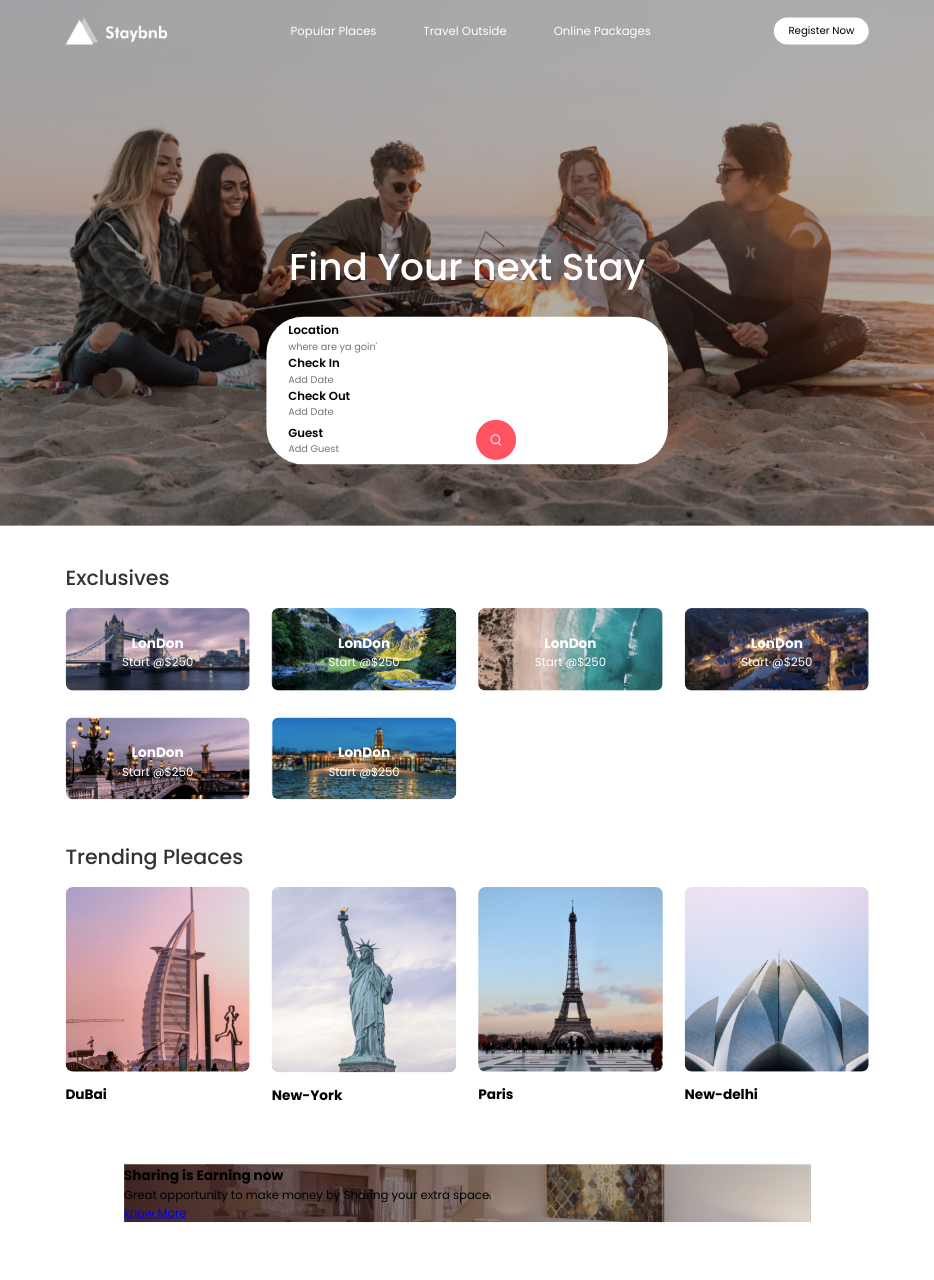
Repository: pinocoding/AirBnB
Page: house.html
An editor plug-in stored every save of this project. The page is shown before and after the next save, followed by the edit.
The browser window is 1280 px wide. The pictures show the whole page, at 73% of full size.

Above is the page before, as saved 2022-01-23 15:43:36.

### house.html
<!DOCTYPE html>
<html lang="en">
<head>
  <meta charset="UTF-8">
  <meta http-equiv="X-UA-Compatible" content="IE=edge">
  <meta name="viewport" content="width=device-width, initial-scale=1.0">
  <link rel="stylesheet" href="./style.css">
  <title>AirBnB</title>
</head>
<body>
  <!-- header -->
  <div class="header">
   <nav>
     <img src="/images/logo.png" class="logo" alt="blem" >
     <ul class="nav-links">
       <li><a href="#">Popular Places</a></li>
       <li><a href="#">Travel Outside</a></li>
       <li><a href="#">Online Packages</a></li>
     </ul>
     <a href="#"class="regiser-btn">Register Now</a>
   </nav>
   <div class="container">
     <h1>
       Find Your next Stay
     </h1>
     <div class="search-bar">
       <form >
         <div class="location-input">
           <label for="">Location</label>
           <input type="text" placeholder="where are ya goin'">
         </div>
         <div>
          <label for="">Check In </label>
          <input type="text" placeholder="Add Date">
        </div>
        <div>
          <label for="">Check Out</label>
          <input type="text" placeholder="Add Date">
        </div>
        <div>
          <label for="">Guest</label>
          <input type="text" placeholder="Add Guest">
        </div>
        <button type="submit">
          <img src="/images/search.png" alt="blem" >
        </button>
       </form>
     </div>


   </div>
   <!-- IMG gallary  -->


<!-- ---------Container------ -->

  </div>
  <div class="container">
    <h2 class="sub-title">Exclusives</h2>
    <div class="exclusives">
   <div>
     <img src="/images/image-1.png" alt="">
     <span>
       <h3>
         LonDon
       </h3>
       <p>
         Start @$250
       </p>
     </span>
   </div>
   <div>
    <img src="/images/image-2.png" alt="">
    <span>
      <h3>
        LonDon
      </h3>
      <p>
        Start @$250
      </p>
    </span>
  </div>
  <div>
    <img src="/images/image-3.png" alt="">
    <span>
      <h3>
        LonDon
      </h3>
      <p>
        Start @$250
      </p>
    </span>
  </div>
  <div>
    <img src="/images/image-4.png" alt="">
    <span>
      <h3>
        LonDon
      </h3>
      <p>
        Start @$250
      </p>
    </span>
  </div>
  <div>
    <img src="/images/image-5.png" alt="">
    <span>
      <h3>
        LonDon
      </h3>
      <p>
        Start @$250
      </p>
    </span>
  </div>
  <div>
    <img src="/images/image-6.png" alt="">
    <span>
      <h3>
        LonDon
      </h3>
      <p>
        Start @$250
      </p>
    </span>
  </div>
    </div>
    <h2 class="sub-title">
      Trending Pleaces
    </h2>
    <div class="trending">
      <div>
        <img src="/images/dubai.png" alt="blem" >
        <h3>DuBai</h3>
      </div>
      <div>
        <img src="/images/new-york.png" alt="blem" >
        <h3>New-York</h3>
      </div>
      <div>
        <img src="/images/paris.png" alt="blem" >
        <h3>Paris</h3>
      </div>
      <div>
        <img src="/images/new-delhi.png" alt="blem" >
        <h3>New-delhi</h3>
      </div>
    </div>
    <div class="cta">
      <h3>Sharing is Earning now</h3>
<p>Great opportunity to make money by Sharing your extra space.</p>
<a href="#" class='cta-btn'>know More </a>
    </div>

<!--  -->

</div>
</body>
<script src="./function.js"></script>
</html>

### style.css
@import url('https://fonts.googleapis.com/css2?family=Poppins:wght@300;400;500;600;700&display=swap');
:root {
  --text-colorWhite : #fff;
  --text-colorBlack : #000;
  --background  : #fff;
}
* {
  margin: 0;
  padding: 0;
  box-sizing: border-box;
  font-family: 'Poppins', sans-serif;
}
.header {
  min-height: 100vh;
  width: 100%;
  background-image:linear-gradient(rgba(0,0,0,0.3),rgba(0,0,0,0.3)),url(/images/banner.png);
  background-size: cover;
  background-position: center;
}
nav {
  display: flex;
  align-items: center;
  justify-content: space-between;
  padding: 20px  7%;
}
.logo {
  width: 140px;
  cursor: pointer;
}
.nav-links li {
  list-style: none;
  display: inline-block;
  margin : 10px 30px
}
.nav-links li a {
  text-decoration: none;
  color: var(--text-colorWhite);
}
 .regiser-btn {
   background:var(--background) ;
   color: #000;
   padding:8px 20px;
   border-radius: 20px;
   font-size: 14px;
   text-decoration: none;
  outline: none;

}
.container {
  padding :0 7%;
}
.container h1  {
font-size: 4vw;
font-weight: 500;
color: var(--text-colorWhite);
text-align: center;
padding-top: 22%

}
.search-bar {
  background: var(--background);
  width: 50%;
  margin: 30px auto;
  padding: 6px 10px 6px 30px;
  border-radius: 50px;

}
.search-bar form {
  display:  flex;
  align-items: center;
  flex-wrap: wrap;
}
.search-bar form input {
  display: block;
  border: 0;
  outline: none;
  background: transparent;
}
.search-bar form button {
  background: #ff5361;
  width: 55px;
  height: 55px;
  border-radius: 50%;
  outline: none;
  border: 0;
  cursor: pointer;
}
.search-bar form button img {
  width: 15px;
  margin-top: 7px;
}
.location-input {
  flex: 1;
}
.search-bar form label {
  font-weight: 600;
}
/* ---------Exclusives--------- */
.sub-title {
  margin:  50px 0 20px;
  font-size: 2.2vw;
  font-weight: 500;
  color: #333;
}
.exclusives {

  display: grid ;
  grid-template-columns: repeat(auto-fit,minmax(200px,1fr));
  grid-gap: 30px


}
.exclusives div img {
  width:100% ;
  border-radius: 10px;
}
.exclusives div {
  position: relative;
}
.exclusives div span {
  position:absolute;
  top : 50%;
  left: 50%;
  transform: translate(-50%,-50%);
  color: var(--text-colorWhite);
  text-align: center;
  cursor: pointer;
}
/* ------------Trending Please---------------------- */
.trending {

  display: grid ;
  grid-template-columns: repeat(auto-fit,minmax(200px,1fr));
  grid-gap: 30px;
  margin-bottom :30px;


}
.trending div img {
  width:100% ;
  border-radius: 10px;
}
.trending h3 {
  font-size: 600;
  margin-top :10px
}
/* -----Call to action --- */
.cta {
  margin : 80px ;
  background-image: linear-gradient(to right, #3f2321,transparent),url(/images/banner-2.png);
  background-size: cover ;
}

Loaded but not shown: function.js (no copy from this time; the picture is the same without it)

After the next save:
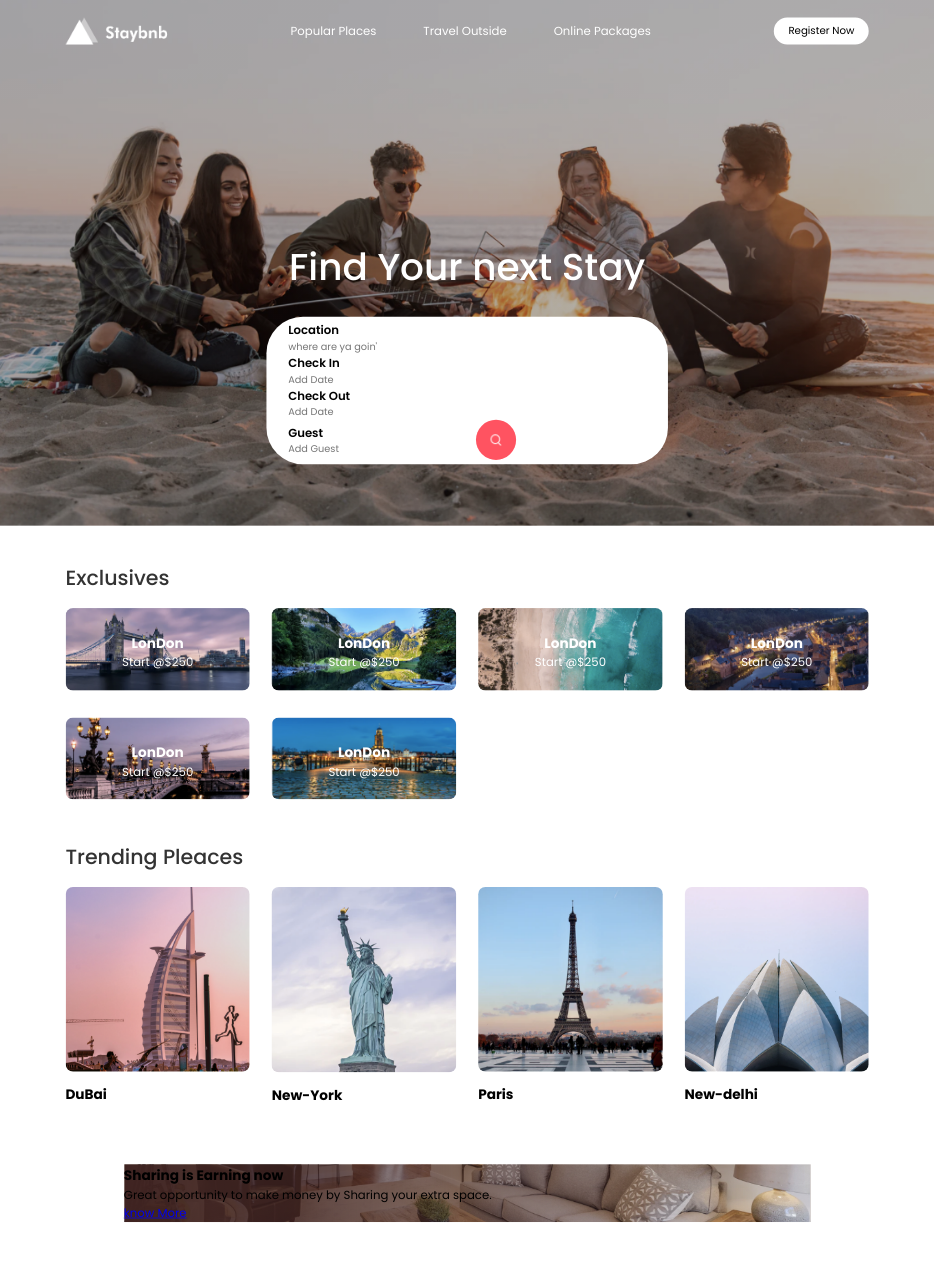
Saved 5 s later.
--- a/style.css
+++ b/style.css
@@ -149,4 +149,5 @@ padding-top: 22%
   margin : 80px ;
   background-image: linear-gradient(to right, #3f2321,transparent),url(/images/banner-2.png);
   background-size: cover ;
+  background-position: center;
 }
